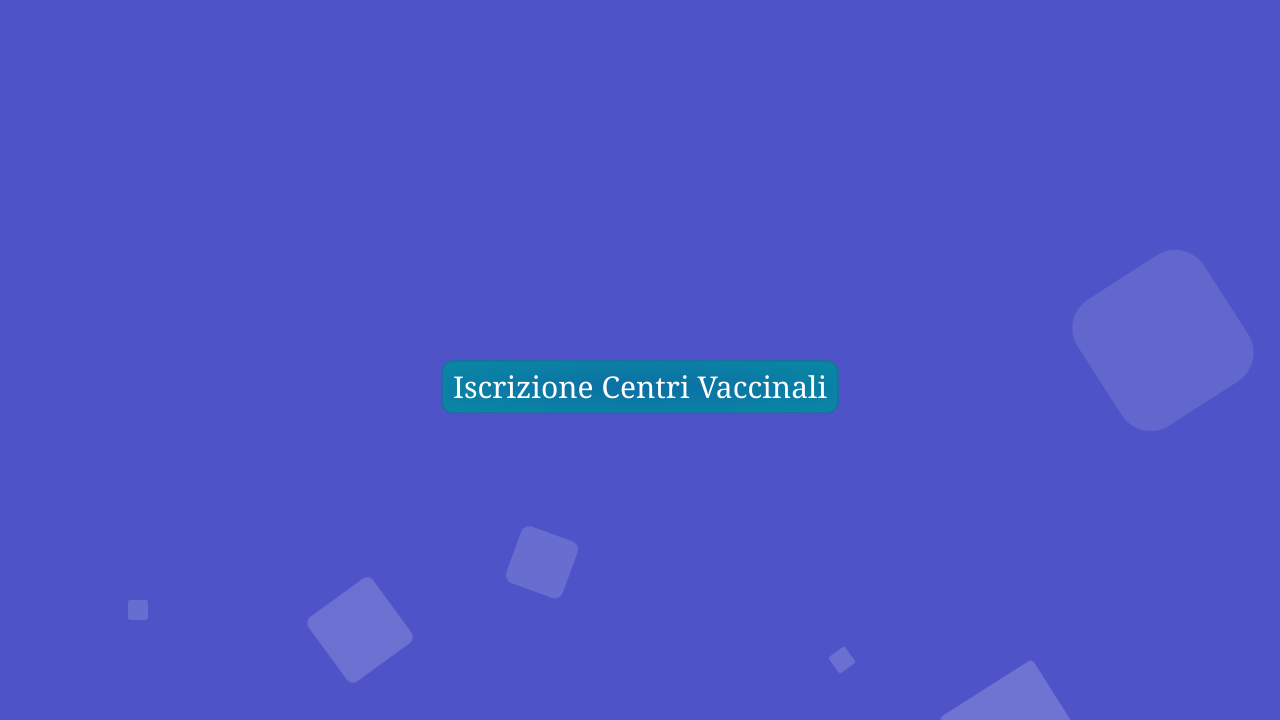
Repository: Jok98/CentriVaccinaliWebApp
Page: http://localhost/CentriVaccinaliOperatori/
An editor plug-in stored every save of this project. The page is shown before and after the next save, followed by the edit.
The browser window is 1280 px wide. The pictures show the whole page.
Some web fonts or font styles are not loaded; a fallback is used. The page is served by Tomcat 9.

Above is the page before, as saved 2022-09-24 13:42:30.

After the next save:
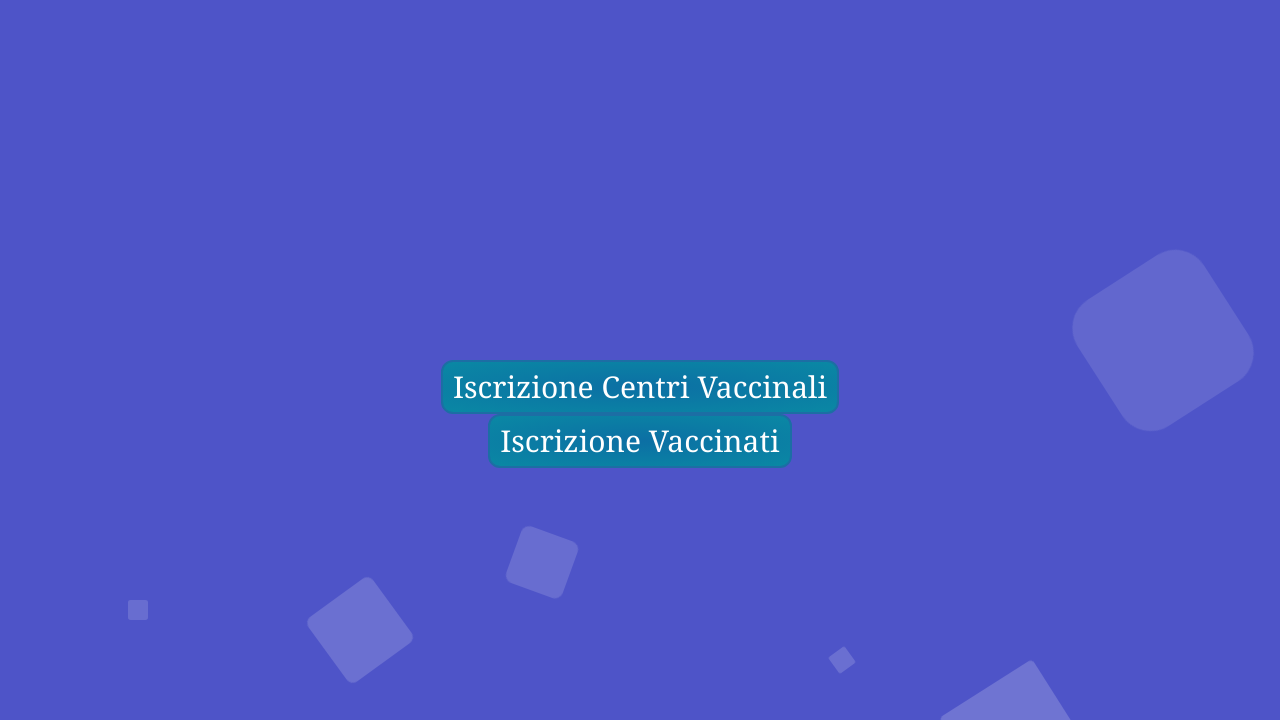
Saved 54 s later.
--- a/CentriVaccinaliOperatori/src/main/webapp/index.jsp
+++ b/CentriVaccinaliOperatori/src/main/webapp/index.jsp
@@ -11,6 +11,8 @@
 <body>
 	<div class="context" align=center>
 		<input class="button" type="button" value="Iscrizione Centri Vaccinali" >
+		<br>
+		<input class="button" type="button" value="Iscrizione Vaccinati" >
 	</div>
 
 
